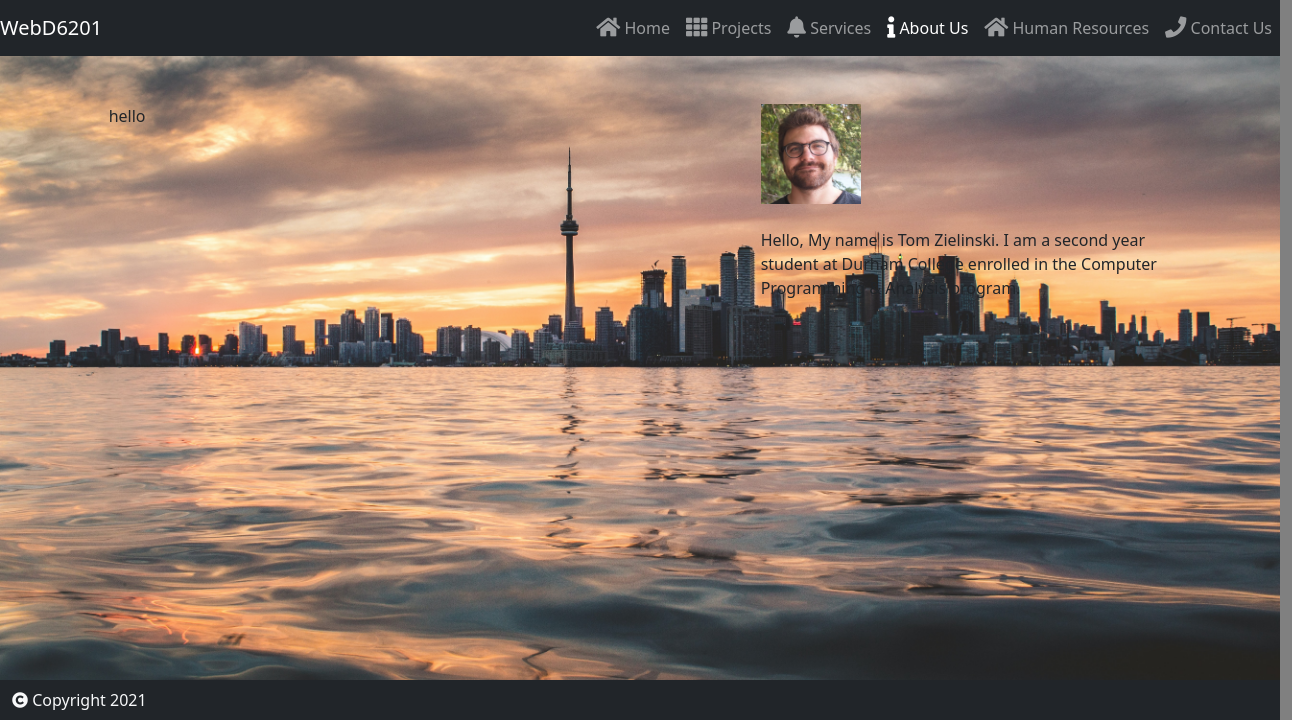
Repository: Tomelinski/Webd6201-Lab02
Page: about.html
These files come from the project's save history. The page is drawn as it stood at one moment and after the next save; the edit follows.
The browser window is 1280 px wide. The page is 1292 px wide, so the pictures cover 1292 px, including what lies to the right of the window. The pictures show the whole page.

Above is the page before, as saved 2021-02-05 17:48:42.

### about.html
<!-- Author(s): Tom Zielinski,
 *              Calvin May
 *
 *   Date: 02/02/2021 | Last Modified: 02/03/2021
 *   Document: about.html
 *   Description: ...
-->
<!DOCTYPE html>
<html lang="en">
<head>
    <meta charset="UTF-8">
    <meta name="viewport" content="width=device-width, initial-scale=1.0">
    <title>About</title>
    <!-- -->
    <link rel="stylesheet" href="./node_modules/bootstrap/dist/css/bootstrap.min.css">
    <link rel="stylesheet" href="./node_modules/@fortawesome/fontawesome-free/css/all.min.css">
    <link rel="stylesheet" href="./Content/app.css">

</head>
<body>
      <!-- Main header -->
      <header>
        <!-- Main Nav -->
          <nav class="navbar navbar-expand-lg navbar-dark bg-dark ">
              <a class="navbar-brand" href="./index.html">WebD6201</a>
              <button class="navbar-toggler" type="button" data-toggle="collapse" data-target="#navbarSupportedContent" aria-controls="navbarSupportedContent" aria-expanded="false" aria-label="Toggle navigation">
                <span class="navbar-toggler-icon"></span>
              </button>

              <div class="collapse navbar-collapse" id="navbarSupportedContent">
                <ul id="pageList" class="navbar-nav ms-auto mb-2 mb-lg-0">
                  <li class="nav-item ">
                    <a class="nav-link" aria-current="page" href="index.html"><i class="fas fa-home fa-lg"></i> Home</a>
                  </li>

                  <li class="nav-item">
                      <a id="projects" class="nav-link" aria-current="page" href="products.html"><i class="fas fa-th fa-lg"></i> Products</a>
                  </li>

                  <li class="nav-item">
                      <a class="nav-link" aria-current="page" href="services.html"><i class="fas fa-bell fa-lg"></i> Services</a>
                  </li>

                  <li class="nav-item">
                      <a class="nav-link active" aria-current="page" href="about.html"><i class="fas fa-info fa-lg"></i> About Us</a>
                  </li>

                  <li class="nav-item">
                      <a class="nav-link" aria-current="page" href="contact.html"><i class="fas fa-phone fa-lg"></i> Contact Us</a>
                  </li>
                </ul>
              </div>
            </nav>
      </header>

      <main>
        <div class="container"></div>
          <div class="row justify-content-around">
            <div id="calvin-pic" class="col-4 mt-5">
              hello
            </div>
            <div id="about-tom" class="col-4 mt-5">

            </div>
          </div>
        </div>
      </main>

    <!-- Script section -->
    <script src="./node_modules/jquery/dist/jquery.min.js"></script>
    <script src="./node_modules/bootstrap/dist/js/bootstrap.bundle.min.js"></script>
    <script src="./Scripts/app.js"></script>
</body>

</html>

### Content/app.css
/* Author(s): Tom Zielinski,
 *              Calvin May
 *
 *   Date: 02/02/2021 | Last Modified: 02/03/2021
 *   Document: Services.html
 *   Description: ...
*/
/* Custom css page */
body{
    width:100vw;
    height:100vh;
    background: url("../Pictures/Toronto.jpg") no-repeat center center fixed;
    -webkit-background-size: cover;
    -moz-background-size: cover;
    -o-background-size: cover;
    background-size: cover;
    overflow-x: hidden;
    margin:0px;
    min-height:100%;
    background-color: gray;
}

### Scripts/app.js
/** Author(s): Tom Zielinski,
 *             Calvin May
 *
 *  Date: 02/02/2021 | Last Modified: 02/03/2021
 *  Document: app.js
 *  Description: ...
 */

/** Custom JavaScript Page */

/** IFFE Function */
(() => {

    // Declarations
    let mainContent = document.getElementsByTagName("main")[0]; // Holds the <main> element


    // First Fix the upper, lower navbars. Ensuring they display properly
    fixNavBars();

    /** Web Application Startup Functions */
    /** Start() - Lets the application know which content to load
     *          based on the title of the document.
    */
    function Start() {
        console.log("Web App Started.");``


        // A switch case used to figure out which page is being loaded.
        switch (document.title) {
            case "Home":
                displayHomePage();
                break;
            case "About":
                displayAboutPage();
                break;
            case "Contact":
                displayContactPage();
                break;
            case "Projects":
                displayProjectsPage();
                break;
            case "Services":
                displayServicesPage();
                break;
            case "Human Resources":
                displayHumanResourcesPage();
                break;
        }

    }

    /** Display Page Content Functions */
    /** displayHomePage() - Loads the Content for index.html */
    function displayHomePage() {

        let newParagraph = document.createElement("p");
        newParagraph.setAttribute("id", "paragraphOne");
        newParagraph.className = "fs-6 col col-md-4 mt-5 m-auto px-4 border border-dark border-4 rounded";
        newParagraph.textContent = "Welcome to Cavlin May's and Tom Zielinski's Webd6201 Lab01 webpage.";

        mainContent.appendChild(newParagraph);
    }

    /** displayAboutPage() - Loads the Content for about.html */
    function displayAboutPage() {


        let About = document.getElementById("about-tom");
        let pic = document.createElement("img");
        pic.setAttribute("src", "../Pictures/Tom.jpeg");
        pic.setAttribute("height", "100");
        pic.setAttribute("width", "100");
        pic.setAttribute("alt", "Headshot of Tom");

        let aboutTom = document.createElement("p");
        aboutTom.innerHTML = `</br><p>Hello, My name is Tom Zielinski. I am a second year student at Durham College enrolled in the Computer Programming & Analysis program.</p>`;

        About.appendChild(pic);
        About.appendChild(aboutTom);
    }

    /** displayContactPage() - Loads the Content for contact.html */
    function displayContactPage() {

    }

    /** displayProjectsPage() - Loads the Content for projects.html */
    function displayProjectsPage() {

    }

    /** displayServicesPage() - Loads the Content for services.html */
    function displayServicesPage() {

    }

    /** displayHumanResourcesPage() - Loads the Content for human_resources.html */
    function displayHumanResourcesPage() {


    }

    /**
     * fixNavBars() - This Function is used to finish creating the Header/Footer Navbars
     *              using DOM Manipulation and Injection. First it fixes the "Products"
     *              NavBar link to correctly show, "Projects" and link to the projects.html
     *              page. It also Insert a new NavBar link, "Human Recources" between
     *              "About us" and "Contact Us" links. Finally, it adds a footer to the
     *              bottom of the page.
     */
    function fixNavBars()
    {
        // Fix the "Products" Nav item
        let projectPageAnchor = document.getElementById("projects");    // Get the Nav item Anchor tag by id
        projectPageAnchor.setAttribute("href", "projects.html");        // Correctly set the Hypertext Reference attribute
        projectPageAnchor.innerHTML = "<i class=\"fas fa-th fa-lg\"></i> Projects"; // Correctly set the text to indicate a project page

        // Insert a Nav item for Human Resources
        let navBarItemList = document.getElementById("pageList");  // Get the <ul> holding the Page links
        let humanResourcesListItem = document.createElement("li"); // Create a new list Item
        humanResourcesListItem.setAttribute("class", "nav-item");  // Set the class of the list item to "nav-item"
        // Create the anchor that will exist within the humanResourcesListItem
        let hrListItemData = '<a class="nav-link" aria-current="page" ' +
                             'href="human_resources.html"><i class="fas fa-home fa-lg"></i> Human Resources</a>';
        // Set the innerHtml with the data above
        humanResourcesListItem.innerHTML = hrListItemData;
        // Insert the new listitem before the 8th child within the <ul>
        //-(8th because it counts both the <li> elements and the <a> elements within)
        navBarItemList.insertBefore(humanResourcesListItem, navBarItemList.childNodes[8]);


        // Insert a new footer NavBar
        let footerData = "";    // A variable to hold the html code for the footers navBar
        // Create the footer element
        let pageFooter = document.createElement("footer");
        // Insert the new footer element before the "next" sibling of <main>
        //-Reads as <body>.insertBefore(pageFooter, elementAfterMain)
        mainContent.parentNode.insertBefore(pageFooter, mainContent.nextSibling);

        footerData = '<nav class="navbar fixed-bottom navbar-dark bg-dark"> ' +
                     '<div class="container-fluid"> ' +
                     '<h7 class="text-light"><i class="fas fa-copyright text-light"></i> Copyright 2021</h7> ' +
                     '</div> ' +
                     '</nav> ';
        pageFooter.innerHTML = footerData;

    }

    // Add an event listener for the load event (Page load).
    //-Call the Start() function so that we can display page
    //-specific content
    window.addEventListener("load", Start);

})();

Loaded but not shown: node_modules/bootstrap/dist/css/bootstrap.min.css (library); node_modules/@fortawesome/fontawesome-free/css/all.min.css (library); node_modules/jquery/dist/jquery.min.js (library); node_modules/bootstrap/dist/js/bootstrap.bundle.min.js (library)

After the next save:
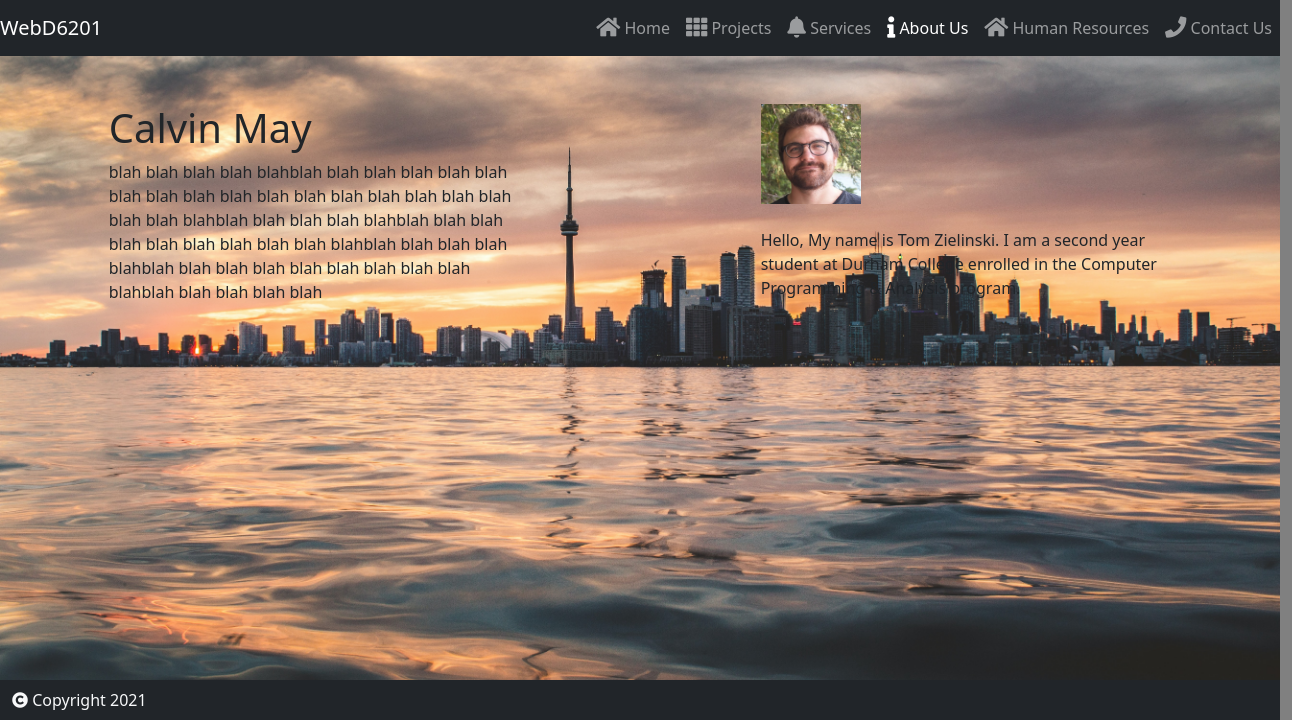
Saved 81 s later.
--- a/about.html
+++ b/about.html
@@ -56,8 +56,15 @@
       <main>
         <div class="container"></div>
           <div class="row justify-content-around">
-            <div id="calvin-pic" class="col-4 mt-5">
-              hello
+            <div id="about-calvin" class="col-4 mt-5">
+              <div class="circle"></div>
+              <h1>Calvin May</h1>
+              <p>blah blah blah blah blahblah blah blah blah blah
+                blah blah blah blah blah blah blah blah blah blah
+                blah blah blah blah blahblah blah blah blah blahblah blah blah blah blah
+                blah blah blah blah blahblah blah blah blah blahblah blah blah blah blah
+                blah blah blah blah blahblah blah blah blah blah<p/>
+
             </div>
             <div id="about-tom" class="col-4 mt-5">
 
